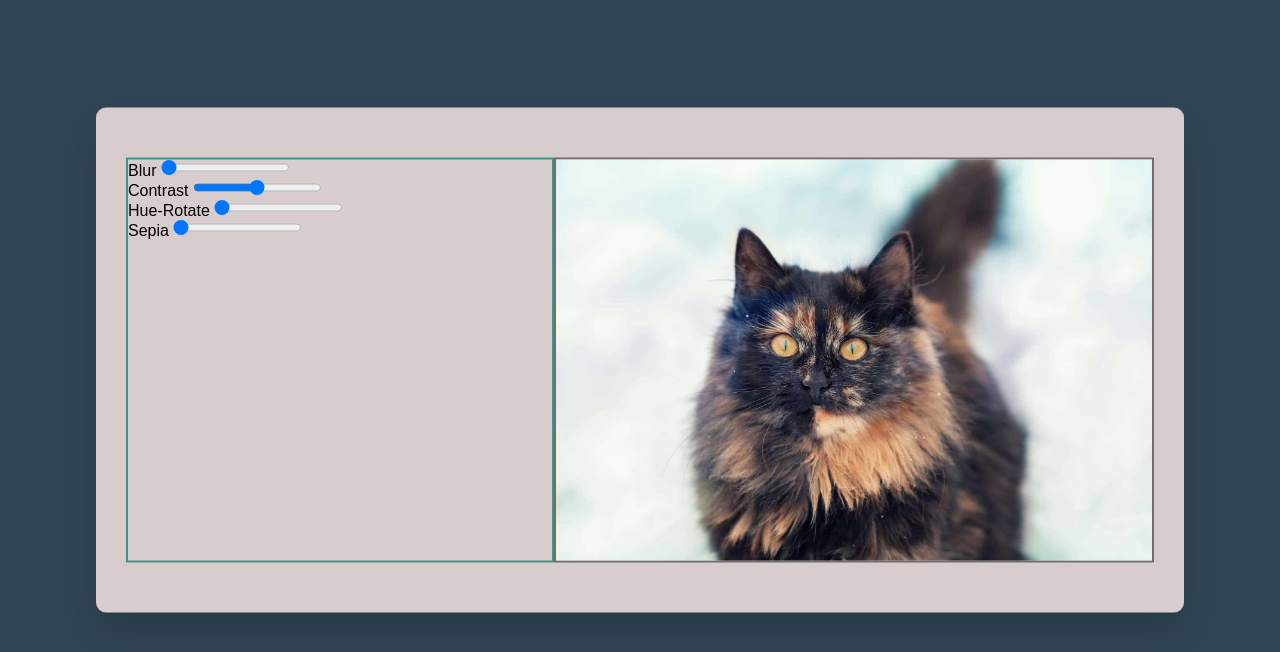
Repository: Larrowo/Challenges
Page: Photo filter/index.html
These files come from the project's save history. The page is drawn as it stood at one moment and after the next save; the edit follows.
The browser window is 1280 px wide. The pictures show the whole page.

Above is the page before, as saved 2022-04-04 10:59:11.

### Photo filter/index.html
<!DOCTYPE html>
<html lang="en">
<head>
    <meta charset="UTF-8">
    <meta http-equiv="X-UA-Compatible" content="IE=edge">
    <meta name="viewport" content="width=device-width, initial-scale=1.0">
    <link rel="stylesheet" href="style.css">
    <script src="script.js" defer></script>

    <title>Document</title>
</head>
<body>
    <div class="wrapper">
        <div class="editor">
            <div class="input-image">

            </div>
            <div class="filter">
                <label for="blur">Blur</label>
                <input type="range" min="0" max="5" value="0" step="0.1" id="blur">
            </div>
            <div class="filter">
                <label for="contrast">Contrast</label>
                <input type="range" min="0" max="200" value="100"  id="Contrast">
            </div>
            <div class="filter">
                <label for="Hue-rotate">Hue-Rotate</label>
                <input type="range" min="0" max="360" value="0"  id="Hue-rotate">
            </div>
            <div class="filter">
                <label for="Sepia">Sepia</label>
                <input type="range" min="0" max="100" value="0"  id="Sepia">
            </div>

        </div>
        <div class="results">
            <img src="tortoiseshell-cat-1.jpg" alt="Girl in a jacket">

        </div>
    </div>
</body>
</html>

### Photo filter/style.css
*{
    padding: 0;
    margin: 0;
    box-sizing: border-box;
    font-family: "Rubik",sans-serif;
}

body{
    background-color: #304555;
}

  .wrapper{
     width: 85vw;
     padding: 50px 30px;
     background-color: #d8cdcd;
     position: absolute;
     transform: translate(-50%,-50%);
     top: 50%;
     left: 50%;
     border-radius: 10px;
     box-shadow: 0 20px 35px rgba(0,0,0,0.15);
     display: grid;
     grid-template-columns: 5fr 7fr;
 }

 .editor{
     border: 2px solid rgba(56, 143, 129, 0.932);
     min-height: 35vmin;
     display: flex;
     flex-direction: column;
 }

 .results{
     border: 2px solid rgba(0, 0, 0, 0.473);
 }

 img {
    width: 100%; /* or any custom size */
    height: 100%;

}

 /*Todo lo que está debajo fue descaradamente robado*/
/*
 input[type=range] {
    height: 26px;
    -webkit-appearance: none;
    margin: 10px 0;
    width: 100%;
  }
  input[type=range]:focus {
    outline: none;
  }
  input[type=range]::-webkit-slider-runnable-track {
    width: 100%;
    height: 14px;
    cursor: pointer;
    animate: 0.2s;
    box-shadow: 1px 1px 1px #50555C;
    background: #50555C;
    border-radius: 14px;
    border: 0px solid #000000;
  }
  input[type=range]::-webkit-slider-thumb {
    box-shadow: 0px 0px 0px #000000;
    border: 0px solid #000000;
    height: 20px;
    width: 40px;
    border-radius: 12px;
    background: #529DE1;
    cursor: pointer;
    -webkit-appearance: none;
    margin-top: -3px;
  }
  input[type=range]:focus::-webkit-slider-runnable-track {
    background: #50555C;
  }
  input[type=range]::-moz-range-track {
    width: 100%;
    height: 14px;
    cursor: pointer;
    animate: 0.2s;
    box-shadow: 1px 1px 1px #50555C;
    background: #50555C;
    border-radius: 14px;
    border: 0px solid #000000;
  }
  input[type=range]::-moz-range-thumb {
    box-shadow: 0px 0px 0px #000000;
    border: 0px solid #000000;
    height: 20px;
    width: 40px;
    border-radius: 12px;
    background: #529DE1;
    cursor: pointer;
  }
  input[type=range]::-ms-track {
    width: 100%;
    height: 14px;
    cursor: pointer;
    animate: 0.2s;
    background: transparent;
    border-color: transparent;
    color: transparent;
  }
  input[type=range]::-ms-fill-lower {
    background: #50555C;
    border: 0px solid #000000;
    border-radius: 28px;
    box-shadow: 1px 1px 1px #50555C;
  }
  input[type=range]::-ms-fill-upper {
    background: #50555C;
    border: 0px solid #000000;
    border-radius: 28px;
    box-shadow: 1px 1px 1px #50555C;
  }
  input[type=range]::-ms-thumb {
    margin-top: 1px;
    box-shadow: 0px 0px 0px #000000;
    border: 0px solid #000000;
    height: 20px;
    width: 40px;
    border-radius: 12px;
    background: #529DE1;
    cursor: pointer;
  }
  input[type=range]:focus::-ms-fill-lower {
    background: #50555C;
  }
  input[type=range]:focus::-ms-fill-upper {
    background: #50555C;
  } */

Loaded but not shown: Photo filter/script.js (no copy from this time; the picture is the same without it)

After the next save:
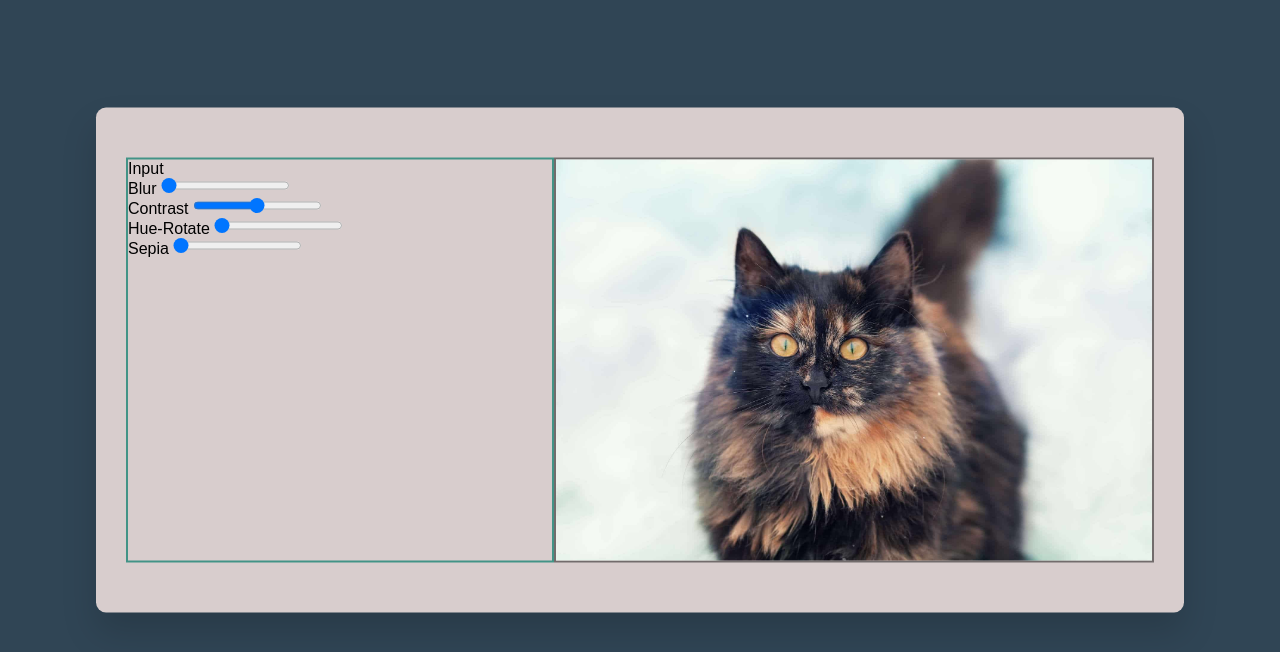
Saved 13 s later.
--- a/Photo filter/index.html
+++ b/Photo filter/index.html
@@ -13,7 +13,7 @@
     <div class="wrapper">
         <div class="editor">
             <div class="input-image">
-
+                <label for="input">Input</label>
             </div>
             <div class="filter">
                 <label for="blur">Blur</label>
